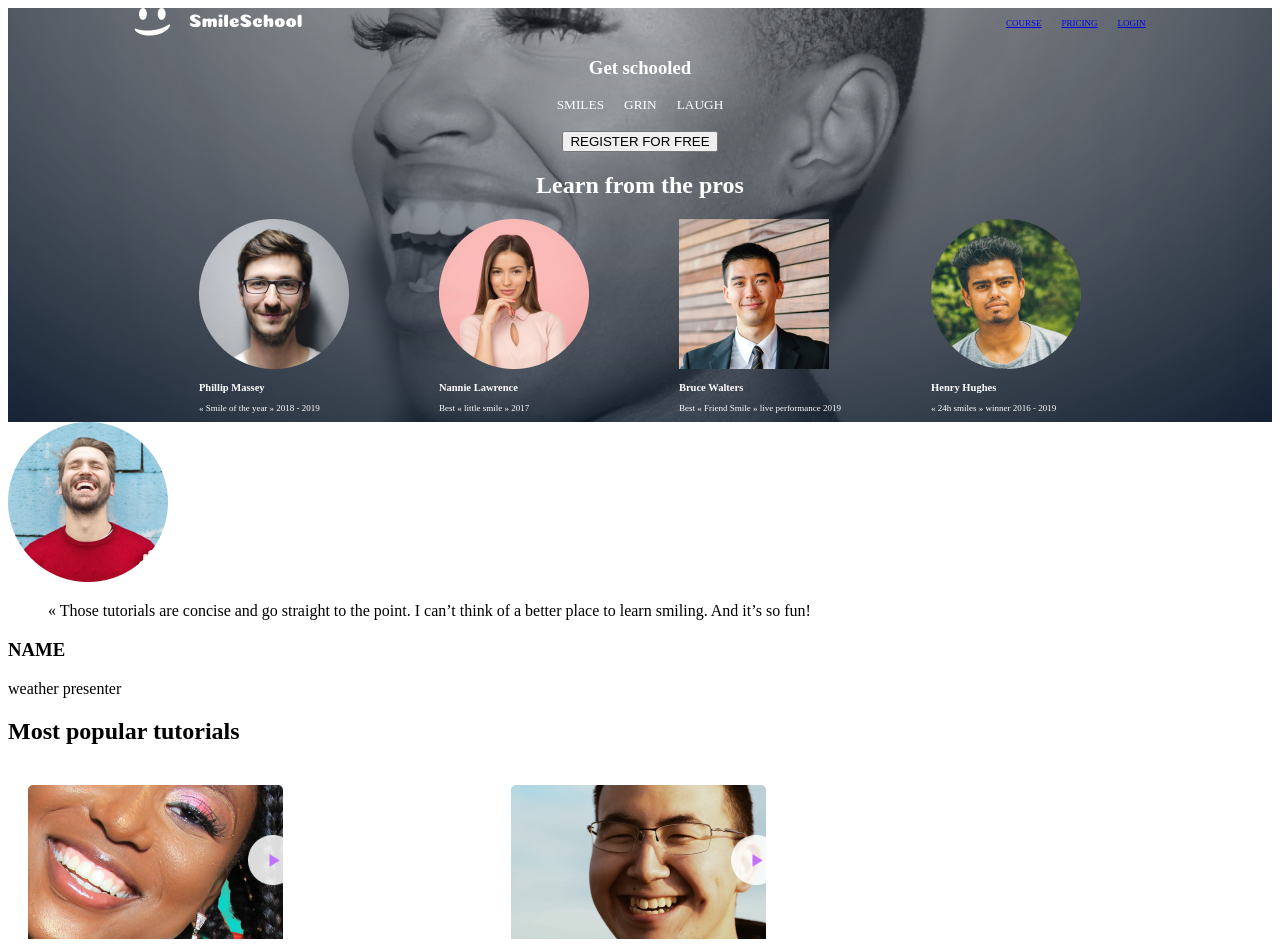
Repository: mwihakiann/alx_html_css
Page: css_advanced/index.html
The author's editor kept a copy of each file at every save. The page is drawn from the files as they stood at one save, then again after the next save.
The browser window is 1280 px wide. The pictures show the part of the page from y = 0 to 952 px (the page is 3272 px tall).
A picture or video elsewhere on the page could not be fetched, so the positions and the page height are approximate. Some web libraries are served in a nearby version.

Above is the page before, as saved 2025-09-28 17:55:33.

After the next save:
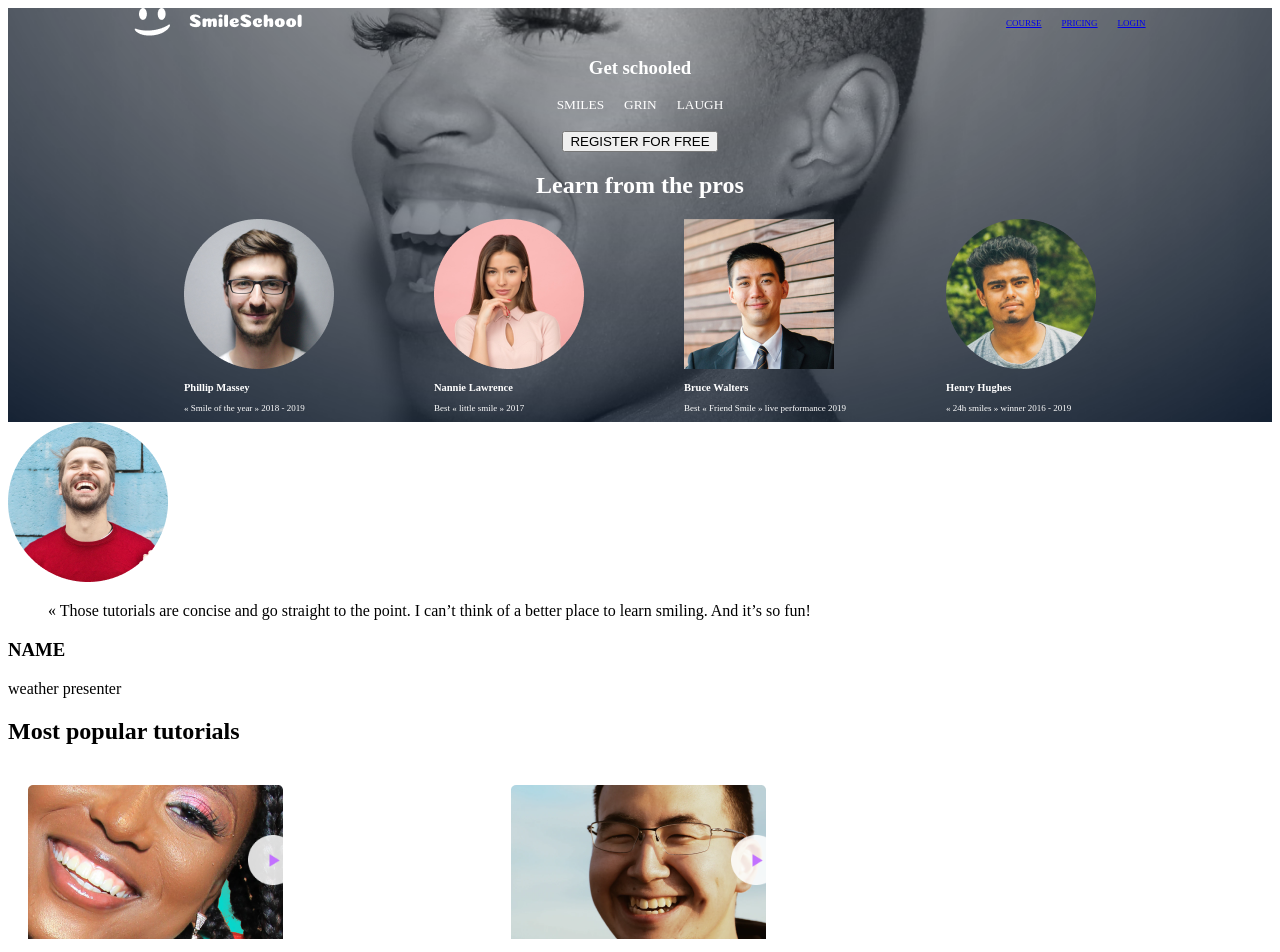
Saved 17 s later.
--- a/css_advanced/styles.css
+++ b/css_advanced/styles.css
@@ -39,7 +39,7 @@ h1{
 .pros{
     display: flex;
     font-size:xx-small;
-    gap: 90px;
+    gap: 100px;
 }
 .horizontal-stack{
    display: flex;
